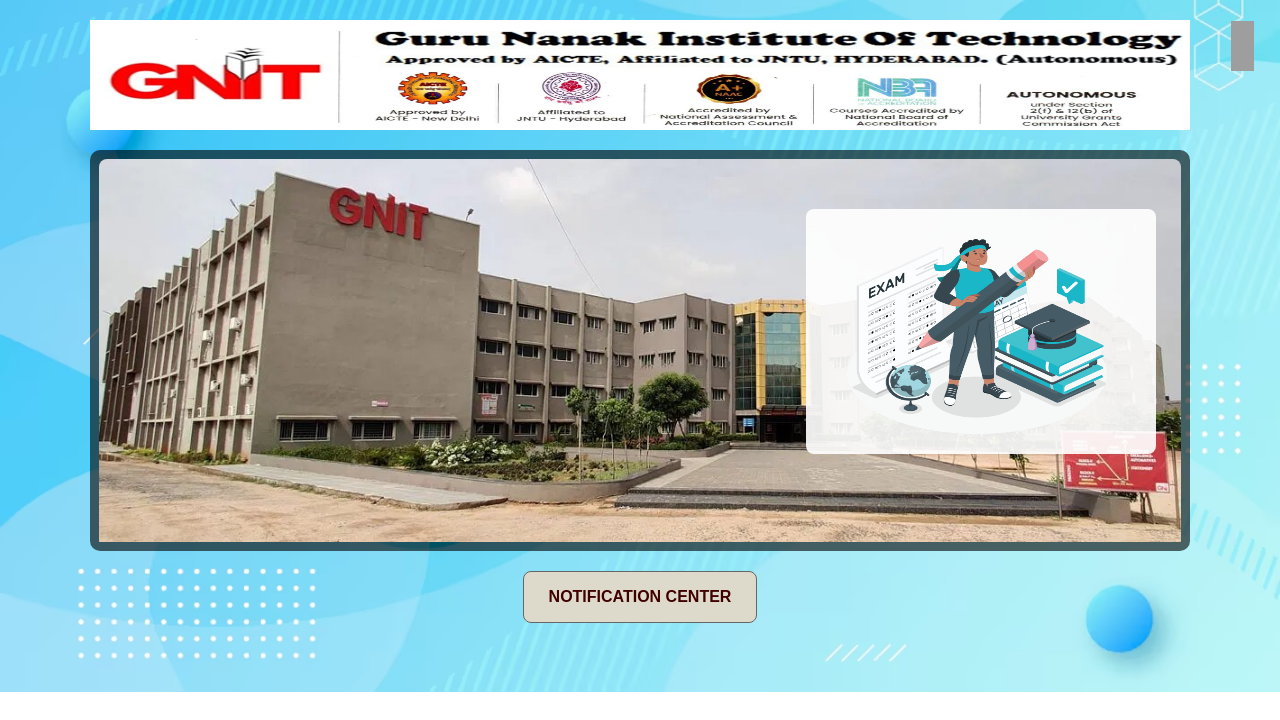
Repository: User-Krishna/Optimized-Exam-Duty-Allocation-With-Smart-Invigilation-Scheduler
Page: MiniProject/src/main/webapp/landing2.html
The author's editor kept a copy of each file at every save. The page is drawn from the files as they stood at one save, then again after the next save.
The browser window is 1280 px wide. The pictures show the whole page.
Pictures or frames that could not be fetched are drawn as grey boxes.

Above is the page before, as saved 2024-11-16 05:15:54.

After the next save:
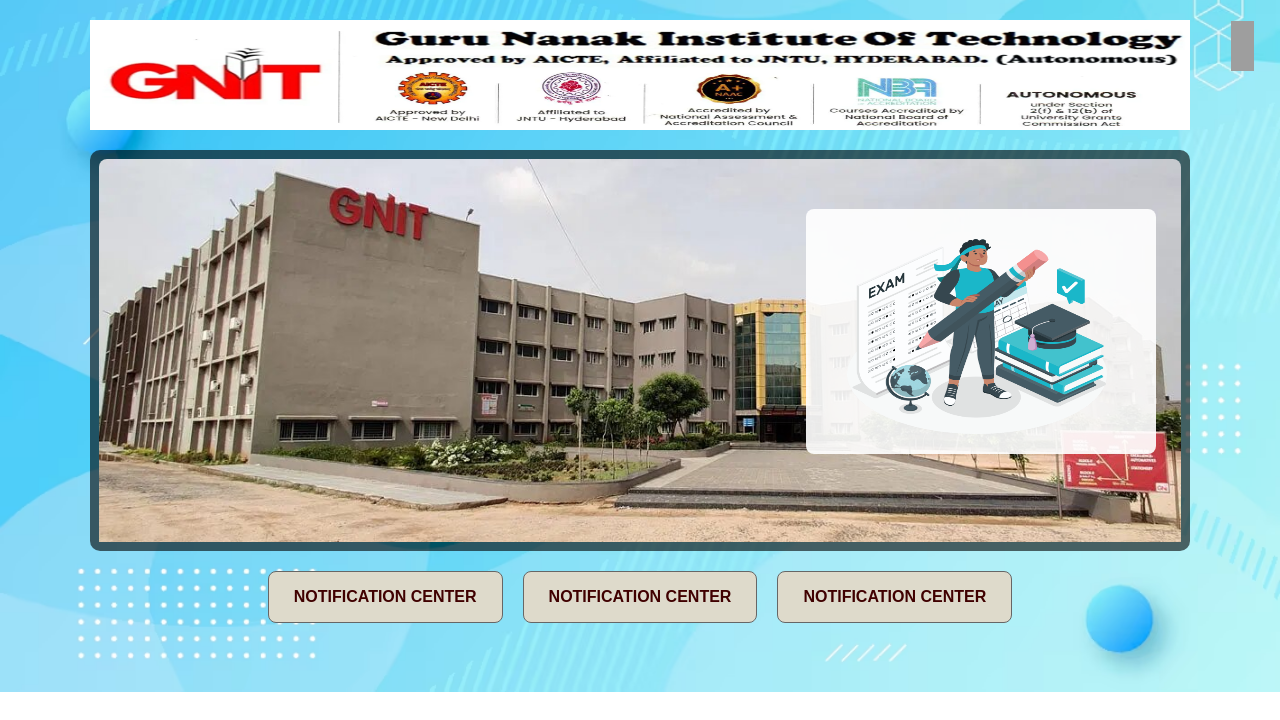
Saved 48 s later.
--- a/MiniProject/src/main/webapp/landing2.html
+++ b/MiniProject/src/main/webapp/landing2.html
@@ -141,8 +141,9 @@
       </div>
     </div>
     <ul id="slide-tabs">
-
-      <li><a href="notification-center.jsp">Notification Center</a></li>
+          <li><a href="notification-center.jsp">Notification Center</a></li>
+          <li><a href="notification-center.jsp">Notification Center</a></li>
+          <li><a href="notification-center.jsp">Notification Center</a></li>
 
     </ul>
   </div>
